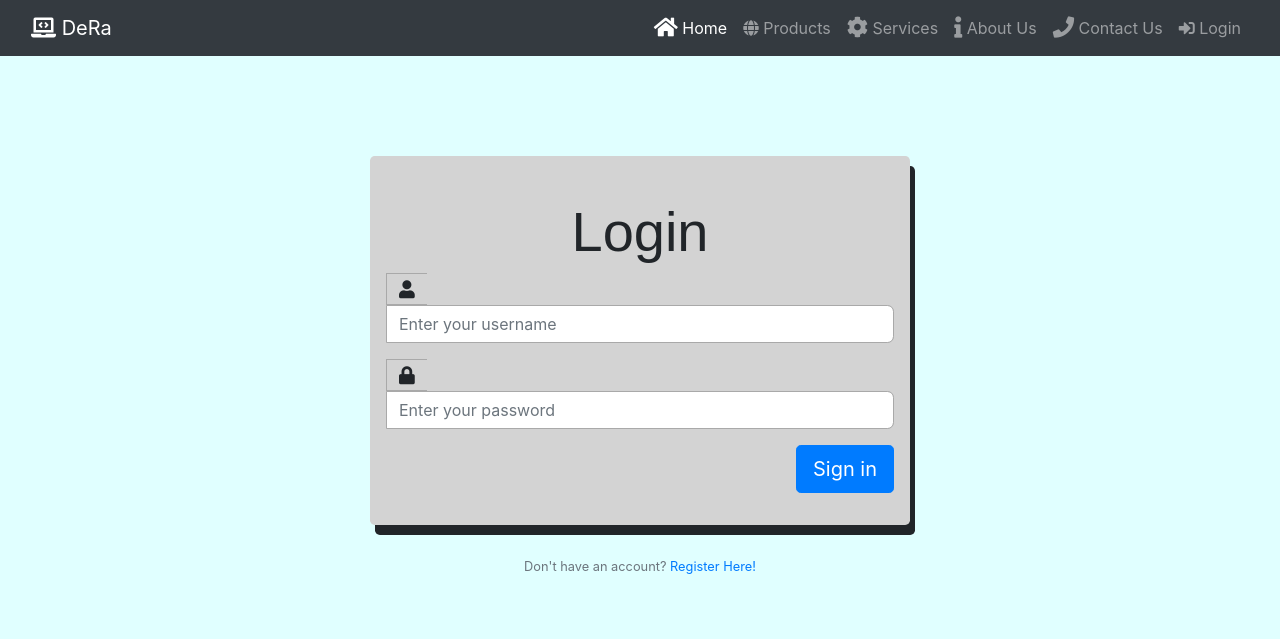
Repository: deividwsantoss/web6201-Lab1
Page: login.html
The author's editor kept a copy of each file at every save. The page is drawn from the files as they stood at one save, then again after the next save.
The browser window is 1280 px wide. The pictures show the whole page.

Above is the page before, as saved 2021-03-03 20:36:13.

After the next save:
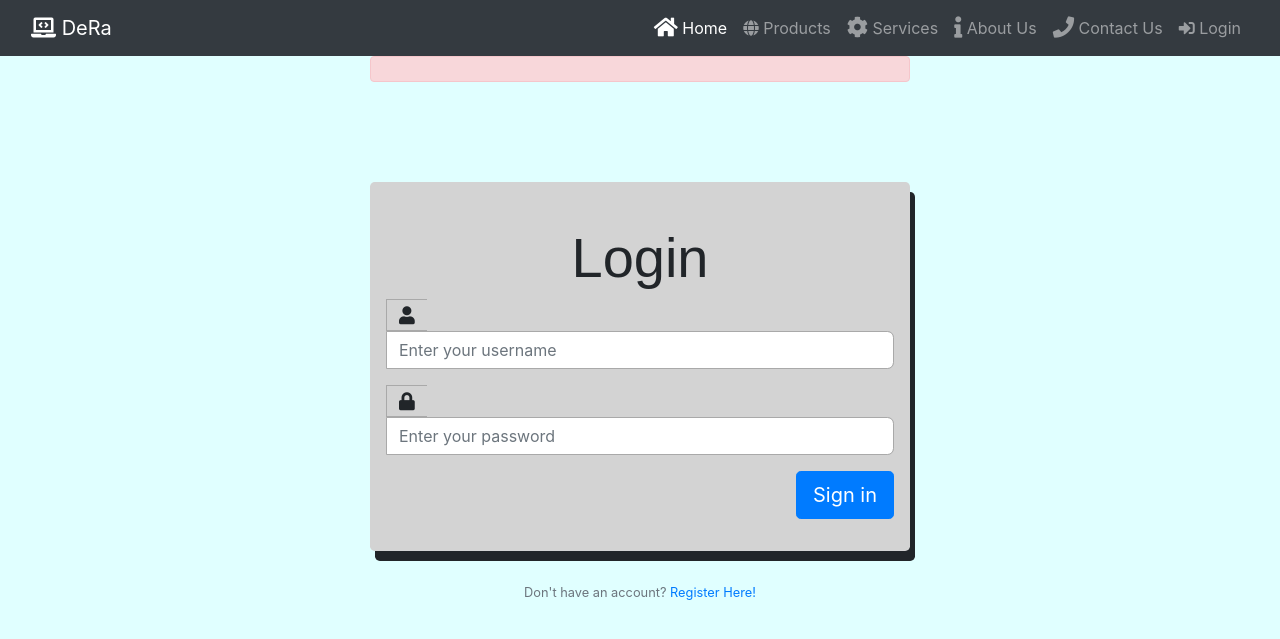
Saved 115 s later.
--- a/login.html
+++ b/login.html
@@ -53,6 +53,7 @@
     <main class="container" id="mainContent">
       <div class="row">
           <div class="offset-md-3 col-md-6 col-sm-12">
+            <div id="messageArea" class="alert alert-danger text-center" role="alert"></div>
                 <div class="login" id="contentArea">
                     <h1 class="display-4">Login</h1>
                     <form id="loginForm" novalidate>
